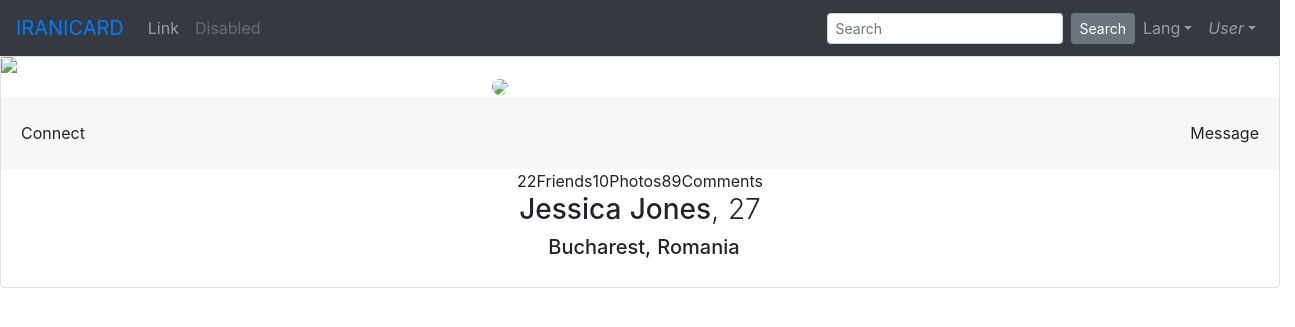
Repository: hosseinemami1370/iranicard
Page: /user
An editor plug-in stored every save of this project. The page is shown before and after the next save, followed by the edit.
The browser window is 1280 px wide. The page is 1294 px wide, then 1295 px, so the pictures cover 1295 px, including what lies to the right of the window. The pictures show the whole page.
The page's requests for data from a server got no answer. The project was rebuilt for these pictures with package versions that can differ from the ones it lists, and the page was loaded fresh each time. The framework's server and built-in components were replaced by stand-ins that run in the browser. No one was signed in, and anything a server would have sent is missing. Also part of the build but not shown: nuxt.config.js, components/Header.vue, components/Logo.vue, components/UI/AppButton.vue, layouts/admin.vue, layouts/error.vue.

Above is the page before, as saved 2021-03-15 00:10:26.
Not found: img/theme/img-1-1000x600.jpg
Not found: img/theme/team-4.jpg

### components/navigation/Header.vue
<template>


<div>
  <b-navbar toggleable="lg" type="dark" variant="dark">
    <b-navbar-brand  ><nuxt-link to="/">IRANICARD</nuxt-link></b-navbar-brand>

    <b-navbar-toggle target="nav-collapse"></b-navbar-toggle>

    <b-collapse id="nav-collapse" is-nav>
      <b-navbar-nav>
        <b-nav-item href="#">Link</b-nav-item>
        <b-nav-item href="#" disabled>Disabled</b-nav-item>
      </b-navbar-nav>

      <!-- Right aligned nav items -->
      <b-navbar-nav class="ml-auto">
        <b-nav-form>
          <b-form-input size="sm" class="mr-sm-2" placeholder="Search"></b-form-input>
          <b-button size="sm" class="my-2 my-sm-0" type="submit">Search</b-button>
        </b-nav-form>

        <b-nav-item-dropdown text="Lang" right>
          <b-dropdown-item href="#">EN</b-dropdown-item>
          <b-dropdown-item href="#">ES</b-dropdown-item>
          <b-dropdown-item href="#">RU</b-dropdown-item>
          <b-dropdown-item href="#">FA</b-dropdown-item>
        </b-nav-item-dropdown>

        <b-nav-item-dropdown right>
          <!-- Using 'button-content' slot -->
          <template #button-content>
            <em>User</em>
          </template>
          <b-dropdown-item href="#">Profile</b-dropdown-item>
          <b-dropdown-item @click="onLogout">Sign Out</b-dropdown-item>
        </b-nav-item-dropdown>
      </b-navbar-nav>
    </b-collapse>
  </b-navbar>
</div>
</template>

<script>


export default {
  middleware: ["check-auth"],

  methods: {
    onLogout() {
      this.$store.dispatch("logout");
      this.$router.push("/auth");
    }
  }

}
</script>



<style>

</style>

### layouts/default.vue
<template>
  <div>

    <Nuxt />
  </div>
</template>
<script>
// import Header from '@/components/navigation/Header'
 export default {
//    components:{
//      Header
//    }
computed:{

    loadedData() {
      return this.$store.getters.isAuthenticated

  }
}
 }

</script>

<style>
html {
  font-family:
    'Source Sans Pro',
    -apple-system,
    BlinkMacSystemFont,
    'Segoe UI',
    Roboto,
    'Helvetica Neue',
    Arial,
    sans-serif;
  font-size: 16px;
  word-spacing: 1px;
  -ms-text-size-adjust: 100%;
  -webkit-text-size-adjust: 100%;
  -moz-osx-font-smoothing: grayscale;
  -webkit-font-smoothing: antialiased;
  box-sizing: border-box;
}

*,
*::before,
*::after {
  box-sizing: border-box;
  margin: 0;
}

.button--green {
  display: inline-block;
  border-radius: 4px;
  border: 1px solid #3b8070;
  color: #3b8070;
  text-decoration: none;
  padding: 10px 30px;
}

.button--green:hover {
  color: #fff;
  background-color: #3b8070;
}

.button--grey {
  display: inline-block;
  border-radius: 4px;
  border: 1px solid #35495e;
  color: #35495e;
  text-decoration: none;
  padding: 10px 30px;
  margin-left: 15px;
}

.button--grey:hover {
  color: #fff;
  background-color: #35495e;
}
</style>

### layouts/header.vue
<template>
 <div>
   <Header />
   <nuxt />
 </div>

</template>

<script>
import Header from '@/components/navigation/Header'
export default {
    components:{
        Header

    },

}
</script>

<style>

</style>

### store/index.js
import Vuex from "vuex";

import Cookie from "js-cookie";

const createStore =() =>{
   return new Vuex.Store({
    state:{
        loadedData:[],
        token:null,
        // visibelLogout:true
    },
    mutations:{
        SETTOKEN(state,token){
            state.token=token;
        },
        CLEARTOKEN(state) {
            state.token = null;
          },
          SETEDATA(state,data){
            state.loadedData=data;
          }
        // SETVISIBLE(state,visible){
        //     state.visibelLogout=visible
        // }
    },
    actions:{
        authenticationUser(vuexContext,authData){
            let authUrl =
          "https://www.googleapis.com/identitytoolkit/v3/relyingparty/verifyPassword?key=" +
          process.env.fbAPIKey;
        if (!authData.isLogin) {
          authUrl =
            "https://www.googleapis.com/identitytoolkit/v3/relyingparty/signupNewUser?key=" +
            process.env.fbAPIKey;
        }
        return this.$axios
          .$post(authUrl, {
            email: authData.email,
            password: authData.password,
            returnSecureToken: true
          })
          .then(result => {
            console.log("result:",result);
            vuexContext.commit("SETEDATA",result.email);
            vuexContext.commit("SETTOKEN", result.idToken);
            localStorage.setItem("token", result.idToken);
            localStorage.setItem("data",result.email);
            console.log("result.expiresIn",result.expiresIn);
            localStorage.setItem(
              "tokenExpiration",
              new Date().getTime() + Number.parseInt(result.expiresIn) * 1000
            );
            Cookie.set("jwt", result.idToken);
            Cookie.set(
              "expirationDate",
              new Date().getTime() + Number.parseInt(result.expiresIn) * 1000
            );
          })
          .catch(e => {
            console.log('error1:', e);
            alert("usre or password invalid!")
          });
        },
        initAuth(vuexContext, req) {
            let token;
            let expirationDate;
            if (req) {
              if (!req.headers.cookie) {
                return;
              }
              const jwtCookie = req.headers.cookie
                .split(";")
                .find(c => c.trim().startsWith("jwt="));
              if (!jwtCookie) {
                return;
              }
              token = jwtCookie.split("=")[1];
              expirationDate = req.headers.cookie
                .split(";")
                .find(c => c.trim().startsWith("expirationDate="))
                .split("=")[1];
            }
            else {
              token = localStorage.getItem("token");
              expirationDate = localStorage.getItem("tokenExpiration");
            }
            if (new Date().getTime() > +expirationDate || !token) {
              console.log("No token or invalid token");
              vuexContext.dispatch("logout");
              return;
            }
            vuexContext.commit("SETTOKEN", token);
          },
          logout(vuexContext) {
            vuexContext.commit("CLEARTOKEN");
            Cookie.remove("jwt");
            Cookie.remove("expirationDate");
            if (process.client) {
              localStorage.removeItem("token");
              localStorage.removeItem("tokenExpiration");
            }
          },
        // setVisible(vuexContext,payload){
        //     vuexContext.commit("SETVISIBLE", payload);
        // }
    },
    getters: {
      loadedData(state) {
        return state.loadedData;
      },
      isAuthenticated(state) {
        return state.token != null;
      },
      // loadedVisible(state){
      //   return state.visibelLogout
      // }
    }
   })
}
export default createStore;

### plugins/core-component.js
import Vue from 'vue';
import AppButton from '@/components/UI/AppButton'
import Vuelidate from 'vuelidate'
Vue.use(Vuelidate)
Vue.component('AppButton', AppButton)

### pages/user/index.vue
<template>
  <div >
    <!-- <b-button></b-button> -->
    <!-- <b-avatar variant="info" src="https://placekitten.com/300/300"></b-avatar>
    <span class="mr-auto">{{ email }}</span> -->
   <b-card no-body img-src="img/theme/img-1-1000x600.jpg" alt="Image placeholder" img-top class="card-profile">
  <b-row class="justify-content-center">
    <b-col lg="3"  class="order-lg-2">
      <div class="card-profile-image">
        <a href="javascript:;">
          <b-img src="img/theme/team-4.jpg" rounded="circle" />
        </a>
      </div>
    </b-col>
  </b-row>
  <b-card-header class="text-center border-0 pt-8 pt-md-4 pb-0 pb-md-4">
    <div class="d-flex justify-content-between">
      <base-button type="info" size="sm" class="mr-4">Connect</base-button>
      <base-button type="default" size="sm" class="float-right">Message</base-button>
    </div>
  </b-card-header>
  <b-card-body class="pt-0">
    <b-row>
      <b-col>
        <div class="card-profile-stats d-flex justify-content-center">
          <div>
            <span class="heading">22</span>
            <span class="description">Friends</span>
          </div>
          <div>
            <span class="heading">10</span>
            <span class="description">Photos</span>
          </div>
          <div>
            <span class="heading">89</span>
            <span class="description">Comments</span>
          </div>
        </div>
      </b-col>
    </b-row>
    <div class="text-center">
      <h5 class="h3">
        Jessica Jones<span class="font-weight-light">, 27</span>
      </h5>
      <div class="h5 font-weight-300">
        <i class="ni location_pin mr-2"></i>Bucharest, Romania
      </div>
    </div>
  </b-card-body>
</b-card>
  </div>
</template>

<script>
export default {
  layout: "header",
  middleware: ["auth"],
  computed: {
    // loadedData() {
    //   return this.$store.getters.loadedData
    // }
  },
  data() {
    return {
      email: localStorage.getItem("data"),
    };
  },
};
</script>

<style>
</style>

After the next save:
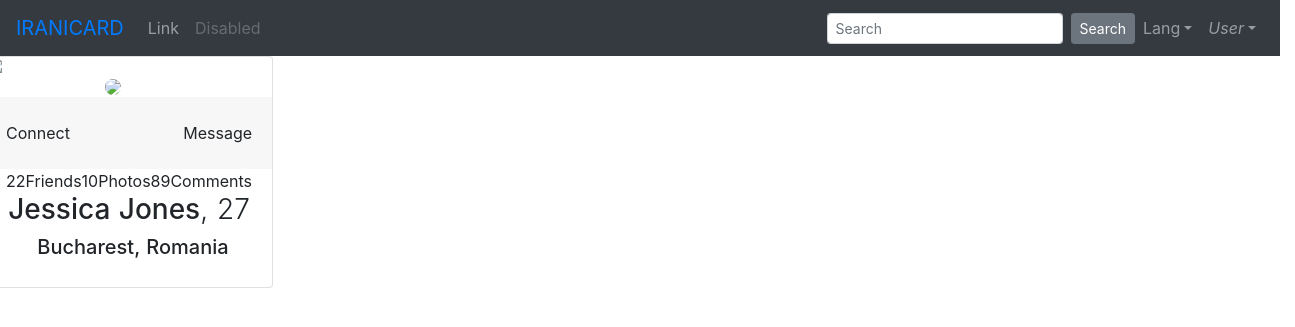
Saved 79 s later.
--- a/pages/user/index.vue
+++ b/pages/user/index.vue
@@ -1,5 +1,5 @@
 <template>
-  <div >
+  <div class="row">
     <!-- <b-button></b-button> -->
     <!-- <b-avatar variant="info" src="https://placekitten.com/300/300"></b-avatar>
     <span class="mr-auto">{{ email }}</span> -->
